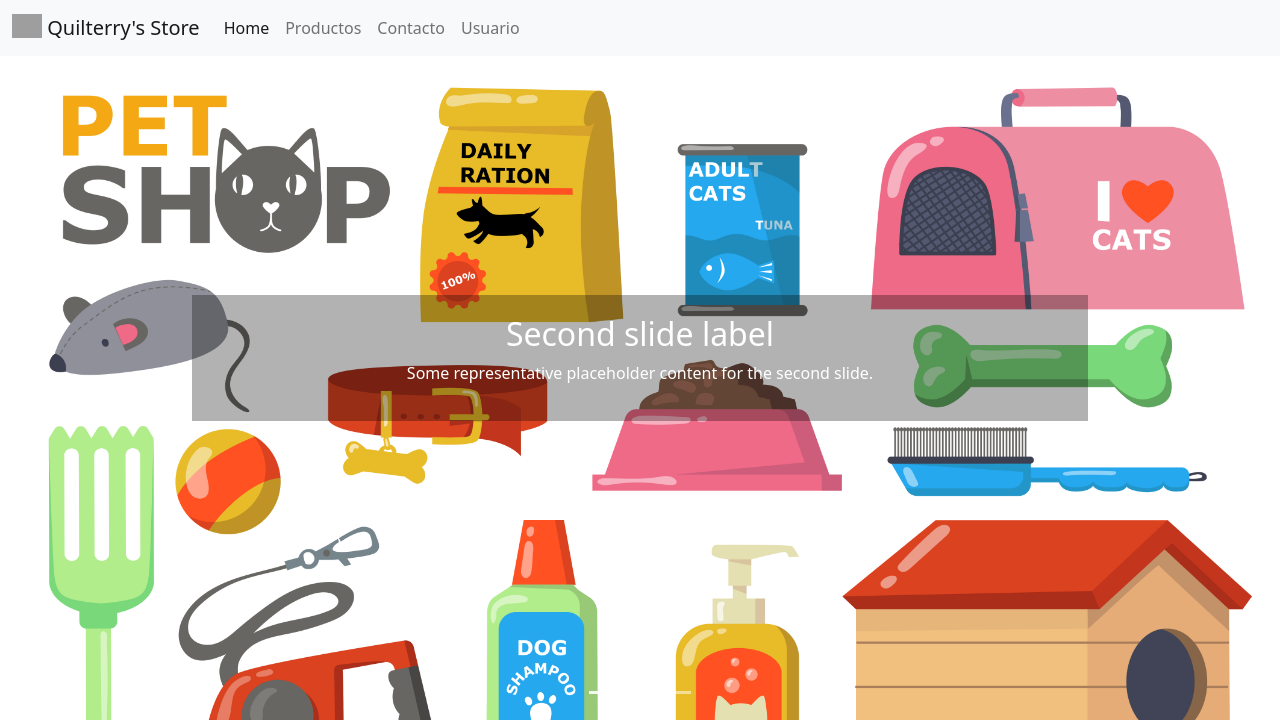
Repository: mormazabal141046/duoc_django_prueba
Page: http://localhost/
These files come from the project's save history. The page is drawn as it stood at one moment and after the next save; the edit follows.
The browser window is 1280 px wide. The pictures show the whole page.
Pictures or frames that could not be fetched are drawn as grey boxes. Some web libraries are served in a nearby version. The page is served by the project's application, run on Django 4.2 (manage.py).

Above is the page before, as saved 2022-05-18 16:10:40.

After the next save:
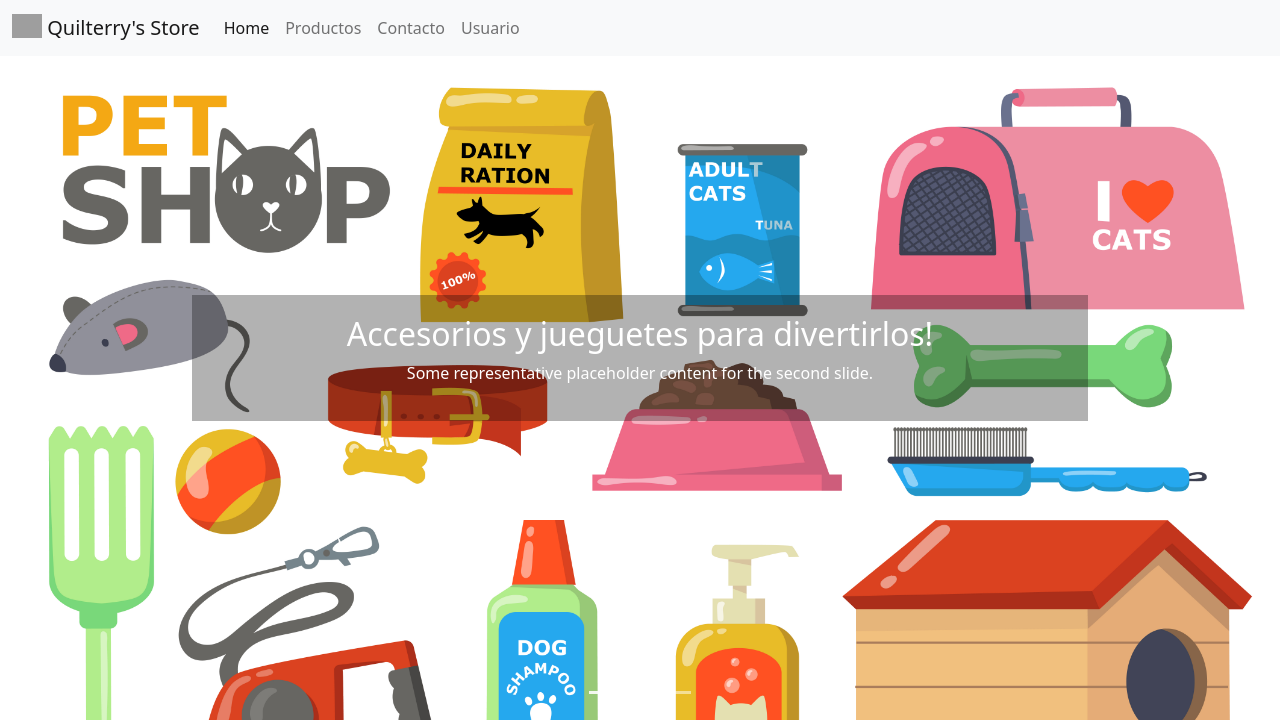
Saved 16 s later.
--- a/duoc_django_prueba/template/index.html
+++ b/duoc_django_prueba/template/index.html
@@ -18,7 +18,7 @@
       <div class="carousel-item">
         <img src="{% static 'img/slider/bg-02.jpg' %}" class="d-block w-100" alt="...">
         <div class="carousel-caption d-none d-md-block">
-          <h2>Second slide label</h2>
+          <h2>Accesorios y jueguetes para divertirlos!</h2>
           <p>Some representative placeholder content for the second slide.</p>
         </div>
       </div>
